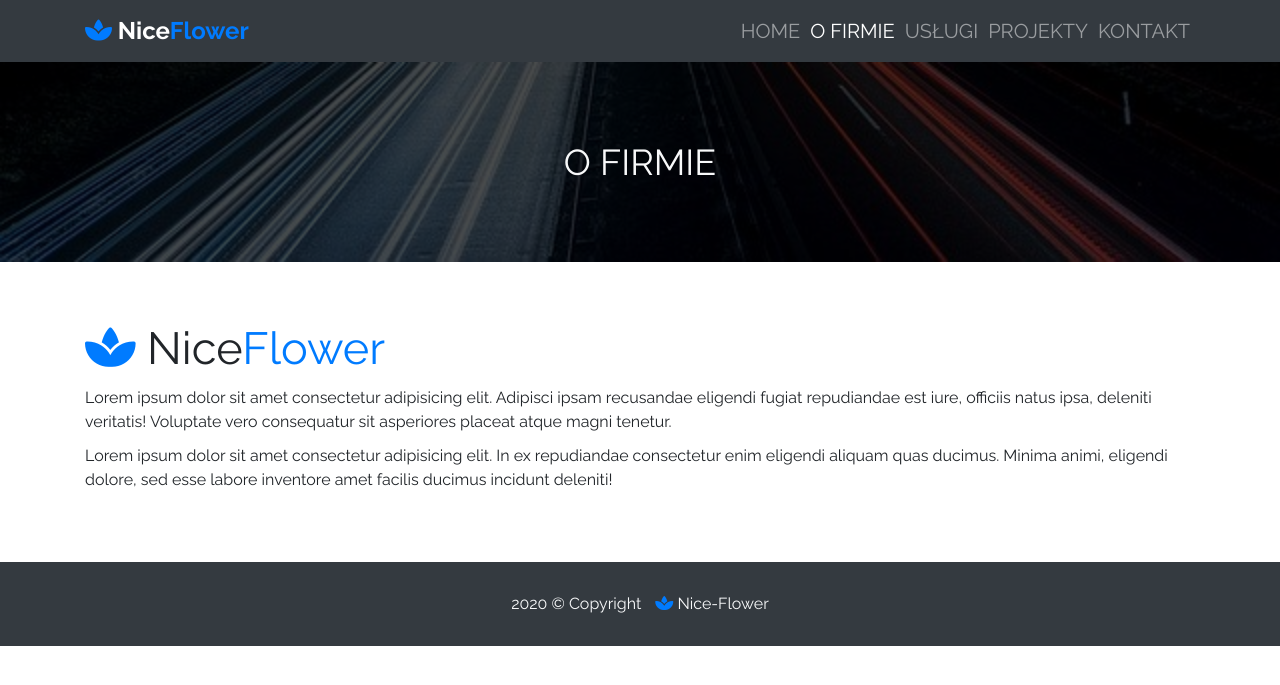
Repository: KrzysKolo/Projekt-13_Kwiaciarnia
Page: abouteus.html
The author's editor kept a copy of each file at every save. The page is drawn from the files as they stood at one save, then again after the next save.
The browser window is 1280 px wide. The pictures show the whole page.
Some web libraries are served in a nearby version.

Above is the page before, as saved 2020-08-10 03:21:48.

After the next save:
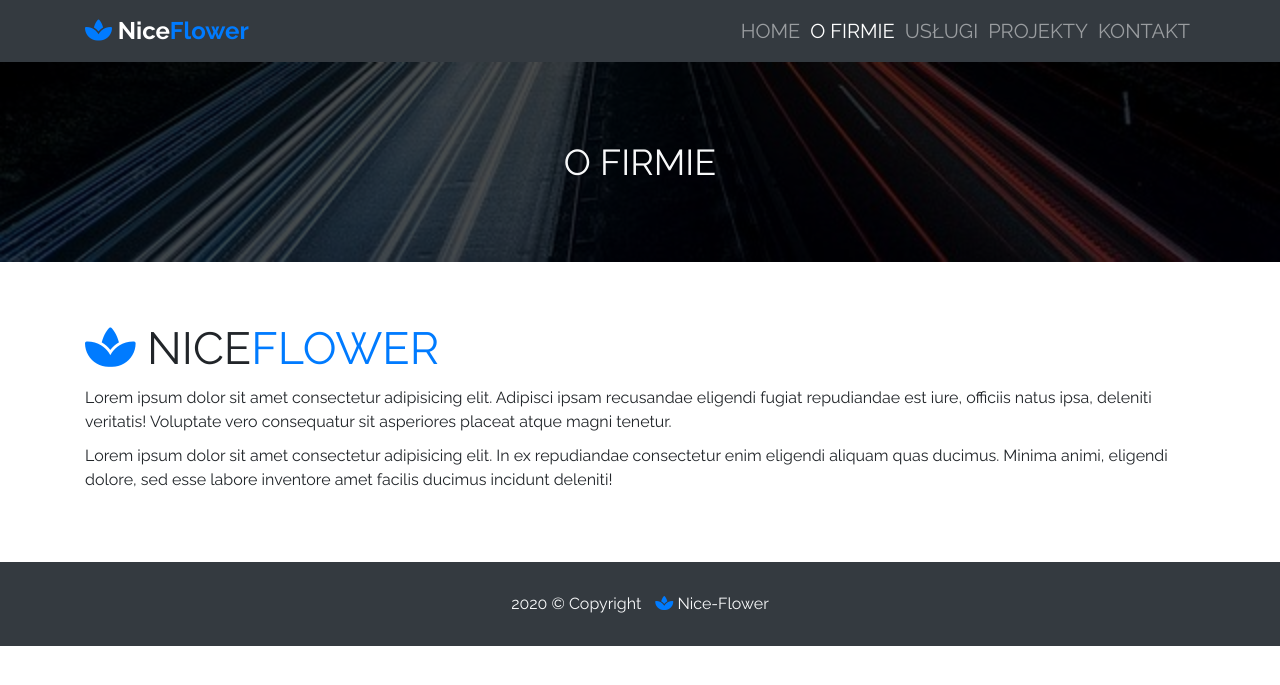
Saved 117 s later.
--- a/style.css
+++ b/style.css
@@ -106,6 +106,10 @@ header {
   background-position: bottom;
 }
 /* ----------- */
+.aboutus-top .display-3 {
+  text-transform: uppercase;
+}
+/* ----------- */
 /*    footer   */
 /* ----------- */
 footer {
